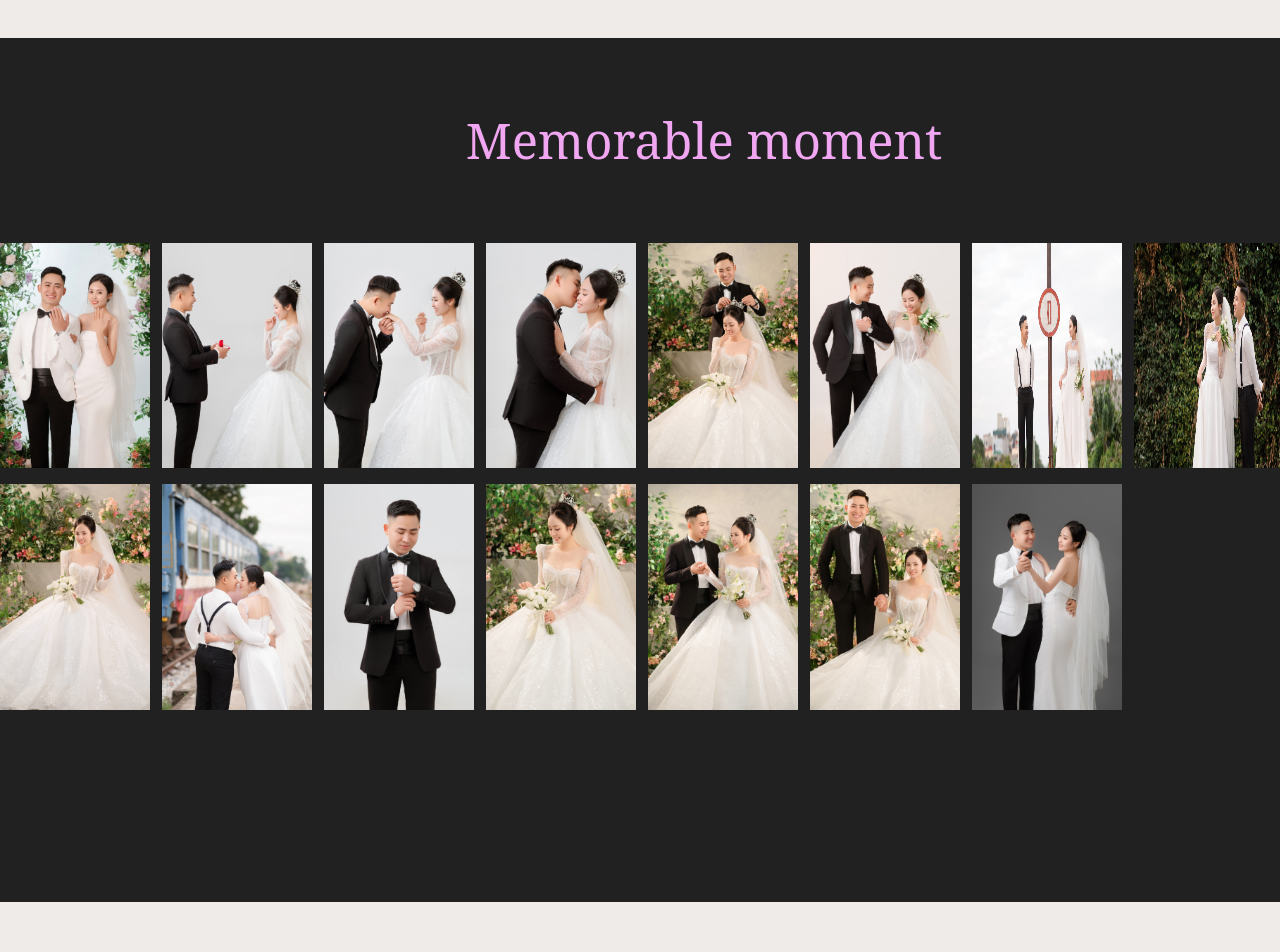
Repository: ngocnv175649/huu-tham-wedding-invitation
Page: /
The author's editor kept a copy of each file at every save. The page is drawn from the files as they stood at one save, then again after the next save.
The browser window is 1280 px wide. The pictures show the part of the page from y = 1402 to 2354 px (the page is 4660 px tall).
The project was rebuilt for these pictures with package versions that can differ from the ones it lists, and the page was loaded fresh each time.

Above is the page before, as saved 2023-11-24 23:26:42.

### public/index.html
<!DOCTYPE html>
<html lang="en">
  <head>
    <meta charset="utf-8" />
    <link rel="icon" href="%PUBLIC_URL%/favicon.ico" />
    <meta name="viewport" content="width=device-width, initial-scale=1" />
    <meta property="og:type" content="website" />
    <meta content="Hữu ❤ Thắm Wedding Invitation" name="Title" />
    <meta content="Ngày 03 tháng 12 năm 2023" name="Description" />
    <meta content="Ngày 03 tháng 12 năm 2023" name="Keyword" />
    <meta property="og:title" content="Hữu ❤ Thắm Wedding Invitation" />
    <meta property="og:description" content="Ngày 03 tháng 12 năm 2023" />

    <meta property="og:image" content="%PUBLIC_URL%/fb.jpg"/>
    <meta property="og:site_name" content="Hữu ❤️ Thắm - 03.12.2023">
    <meta property="og:title" content="Hữu ❤️ Thắm - 03.12.2023">
    <meta property="og:image:width" content="300">
    <meta property="og:image:height" content="300">
    <!-- Website to visit when clicked in fb or WhatsApp-->
    <meta property="og:url" content="https://huuthamwedding.io.vn">
    <meta property="og:type" content="website"/>
    <meta property="og:image:type" content="image/jpeg">
    <meta name="theme-color" content="#BCAAA4" />
    <link rel="preconnect" href="https://fonts.googleapis.com" />
    <link rel="preconnect" href="https://fonts.gstatic.com" crossorigin />
    <title>Hữu ❤ Thắm Wedding Invitation</title>
  </head>
  <body>
    <noscript>You need to enable JavaScript to run this app.</noscript>
    <div id="root"></div>
    <!--
      This HTML file is a template.
      If you open it directly in the browser, you will see an empty page.

      You can add webfonts, meta tags, or analytics to this file.
      The build step will place the bundled scripts into the <body> tag.

      To begin the development, run `npm start` or `yarn start`.
      To create a production bundle, use `npm run build` or `yarn build`.
    -->
  </body>
</html>

### src/index.tsx
import React from 'react';
import ReactDOM from 'react-dom/client';
import 'antd/dist/antd.min.css';
import './index.css';
import App from './App';
import reportWebVitals from './reportWebVitals';

const root = ReactDOM.createRoot(document.getElementById('root') as HTMLElement);
root.render(
  <React.StrictMode>
    <App />
  </React.StrictMode>
);

// If you want to start measuring performance in your app, pass a function
// to log results (for example: reportWebVitals(console.log))
// or send to an analytics endpoint. Learn more: https://bit.ly/CRA-vitals
reportWebVitals();

### src/index.css
@import url('https://fonts.googleapis.com/css2?family=Noto+Serif:wght@300;500;700&display=swap');

body {
  margin: 0;
  font-family: 'Noto Serif', serif, -apple-system, BlinkMacSystemFont, 'Segoe UI', 'Roboto',
    'Oxygen', 'Ubuntu', 'Cantarell', 'Fira Sans', 'Droid Sans', 'Helvetica Neue', sans-serif;
  -webkit-font-smoothing: antialiased;
  -moz-osx-font-smoothing: grayscale;
}

code {
  font-family: source-code-pro, Menlo, Monaco, Consolas, 'Courier New', monospace;
}

html,
body,
#root,
#root > div {
  height: 100%;
}

@keyframes fadein {
  0% {
    opacity: 0;
  }
  50% {
    opacity: 0.5;
  }
  100% {
    opacity: 1;
  }
}

### src/App.tsx
import Gallery from './components/Gallery';
import Greeting from './components//Greeting';
import TitleLayout from './components//Title';
import Location from './components//Location';
import CongratulatoryMoney from './components//CongratulatoryMoney';
import Configs from './configs';
import { Layout } from 'antd';

const { Footer } = Layout;

function App() {
  return (
    <main style={{ height: '100%' }}>
      <TitleLayout config={Configs} />
      <Greeting config={Configs} />
      <Gallery config={Configs} />
      <Location config={Configs} />
      <CongratulatoryMoney config={Configs} />
      <Footer
        style={{
          background: '#D7CCC8',
          opacity: 0.6,
          textAlign: 'center',
        }}
      >
        Hữu ❤️ Thắm - 03.12.2023
      </Footer>
    </main>
  );
}

export default App;

### src/components/Gallery.tsx
import { useRef } from 'react';
import { styled } from '@stitches/react';
import { Col, Image, Row } from 'antd';
import useOnScreen from '../hooks/useOnScreen';

import { useWindowSize } from 'react-use';
import { ConfigsType } from '../configs';

const isPortrait = window.matchMedia('(orientation: portrait)').matches;

const Layout = styled('div', {
  width: '100%',
  padding: isPortrait ? '20% 0% 15% 5%' : '5% 0% 5% 10%',
});

const Title = styled('p', {
  color: '#FFFFFF',
  width: '100%',
  fontSize: isPortrait ? '2.5em' : '3.5em',
  margin: 0,
  fontWeight: '500',
});

type GalleryProps = {
  config: ConfigsType;
};

const Gallery = ({ config }: GalleryProps) => {
  const { width } = useWindowSize();

  const ref = useRef<HTMLSelectElement>(null);
  const onScreen: boolean = useOnScreen<HTMLDivElement>(ref, '-125px');

  return (
    <section
      ref={ref}
      style={{
        height: '120vh',
        background: onScreen ? '#212121' : '#EFEBE9',
        overflow: 'hidden',
        position: 'relative',
        transition: 'background 1s ease-in',
      }}
    >
      <Layout>
        <Title style={{textAlign: 'center', color: '#f0a6f1'}}>Memorable moment</Title>
      </Layout>
      <Row gutter={[16, 16]}>
        {config.galleryImages.map((image, index) => (
          <Col key={index} span={isPortrait ? 6 : 3}>
            <Image width={isPortrait ? width / 4 - 10 : width / 8 - 10} height={"100%"} src={image} />
          </Col>
        ))}
      </Row>
    </section>
  );
};

export default Gallery;

### src/components/Greeting.tsx
import { useRef } from 'react';
import { styled } from '@stitches/react';
import useOnScreen from '../hooks/useOnScreen';
import { ConfigsType } from '../configs';
import { Col, Row } from 'antd';

const isPortrait = window.matchMedia('(orientation: portrait)').matches;

const Layout = styled('div', {
  width: '100%',
  padding: isPortrait ? '20% 0% 5% 5%' : '5% 5% 5% 5%',
});

const Title = styled('p', {
  color: '#795548',
  width: '100%',
  fontSize: isPortrait ? '2.5em' : '3.5em',
  margin: 0,
  fontWeight: '500',
});

const SubTitle = styled('p', {
  color: '#795548',
  width: '100%',
  fontSize: isPortrait ? '1.2em' : '2em',
  margin: '24px 0',
  fontWeight: '300',
  lineHeight: 1.8,
});

type GreetingProps = {
  config: ConfigsType;
};

const Greeting = ({ config }: GreetingProps) => {
  const ref = useRef<HTMLSelectElement>(null);
  const onScreen: boolean = useOnScreen<HTMLDivElement>(ref, '-125px');

  return (
    <section
      ref={ref}
      style={{
        height: '100vh',
        background: onScreen ? '#EFEBE9' : '#DADADA',
        overflow: 'hidden',
        position: 'relative',
        transition: 'background 1s ease-in',
      }}
    >
      <Layout>
        <Title style={{textAlign: 'center'}}>Sự kiện</Title>
        <SubTitle style={{textAlign: 'center'}}>
          <div>Trân trọng báo tin</div>
          <div><b>Lễ thành hôn</b> của chúng tôi</div>
          <br/>
          <Row gutter={[16, 16]}>
            <Col span={isPortrait ? 23: 12}>
              <div style={{ border: '1px solid black', padding: '10px', borderRadius: '10px' }}>
                <Title style={{fontSize: '1.5em' }}>Lễ thành hôn</Title>
                <div>Ngày 03 tháng 12 năm 2023</div>
                <div>Tại nhà trai lúc: 07:00 sáng</div>
                <div>Tại nhà gái lúc: 08:00 sáng</div>
              </div>
            </Col>
            <Col span={isPortrait ? 23: 12}>
              <div style={{ border: '1px solid black', padding: '10px', borderRadius: '10px' }}>
                <Title style={{fontSize: '1.5em' }}>Tiệc cưới</Title>
                <div>Ngày 03 tháng 12 năm 2023</div>
                <div>Tại nhà trai lúc: 17:00 chiều</div>
                <div>Tại nhà gái lúc: 07:00 sáng</div>
              </div>
            </Col>
          </Row>
        </SubTitle>
      </Layout>
    </section>
  );
};

export default Greeting;

### src/components/Title.tsx
import { styled } from '@stitches/react';
import Confetti from 'react-confetti';
import { useWindowSize } from 'react-use';
import { ConfigsType } from '../configs';

const isPortrait = window.matchMedia('(orientation: portrait)').matches;

const Section = styled('section', {
  height: '100%',
  background: '#DADADA',
  overflow: 'hidden',
  position: 'relative',
});

const Layout = styled('div', {
  width: '100%',
  color: '#5D4037',
  textAlign: 'center',
  marginTop: '3.5%',
  animation: 'fadein 2.5s',
  position: 'absolute',
  zIndex: 2
});

const TitleLayout = styled('div', {
  width: '100%',
  fontSize: isPortrait ? '2.5em' : '3.5em',
  margin: 0,
  fontWeight: '500',
});

const SubTitleLayout = styled('div', {
  width: '100%',
  fontSize: isPortrait ? '1.2em' : '2em',
  fontWeight: '300',
});

const ImageLayout = styled('div', {
  width: '100%',
  background: '#DADADA',
  bottom: '-5px',
  textAlign: 'center',
  position: 'absolute',
});

const Image = styled('img', {
  width: isPortrait ? '100%' : '23%',
});

type TitleProps = {
  config: ConfigsType;
};

const Title = ({ config }: TitleProps) => {
  const { width, height } = useWindowSize();

  return (
    <>
      <Confetti
        width={width}
        height={height}
        numberOfPieces={300}
        gravity={0.2}
        colors={['#FFCDD2', '#F8BBD0', '#D1C4E9']}
        recycle={false}
        style={{ position: 'fixed' }}
      />
      <Section>
        <Layout>
          <SubTitleLayout style={isPortrait ? {margin: '24px 0'}: {}}>WEDDING INVITATION</SubTitleLayout>
          <TitleLayout>
            Hữu &amp; Thắm
          </TitleLayout>
          <SubTitleLayout style={isPortrait ? {margin: '24px 0'}: {}}>
            {config.weddingDate}
          </SubTitleLayout>
        </Layout>
        <ImageLayout>
          <Image src={config.titleImage} alt="Wedding Invitation Title Picutre" />
        </ImageLayout>
      </Section>
    </>
  );
};

export default Title;

### src/components/Location.tsx
import { useRef } from 'react';
import { styled } from '@stitches/react';
import { ConfigsType } from '../configs';

const isPortrait = window.matchMedia('(orientation: portrait)').matches;

const Section = styled('section', {
  background: '#EFEBE9',
  overflow: 'hidden',
  position: 'relative',
});

const Layout = styled('div', {
  width: '100%',
  padding: isPortrait ? '20% 0% 5% 5%' : '5% 0% 5% 5%',
});

const Title = styled('p', {
  color: '#795548',
  width: '100%',
  fontSize: isPortrait ? '2.5em' : '3.5em',
  margin: 0,
  fontWeight: '500',
});

const SubTitle = styled('p', {
  color: '#795548',
  width: '100%',
  fontSize: isPortrait ? '1.2em' : '2em',
  margin: '24px 0',
  fontWeight: '300',
  lineHeight: 1.8,
});

type LocationProps = {
  config: ConfigsType;
};

const Location = ({ config }: LocationProps) => {
  const ref = useRef<HTMLSelectElement>(null);

  return (
    <Section ref={ref}>
      <Layout>
        <Title>Địa chỉ</Title>
        <SubTitle>
          <b>Nhà trai: </b> Số 5 - Ngách 58/1 đường Đình Xuyên - Huyện Gia Lâm- Thành phố Hà Nội
          <br />
          <br />
          <iframe src="https://www.google.com/maps/embed?pb=!1m13!1m8!1m3!1d3722.8977927304086!2d105.936004!3d21.076744!3m2!1i1024!2i768!4f13.1!3m2!1m1!2zMjHCsDA0JzM2LjMiTiAxMDXCsDU2JzA5LjYiRQ!5e0!3m2!1svi!2s!4v1700838676569!5m2!1svi!2s"
                  loading="lazy" width='97%' height='400'
                  referrerPolicy="no-referrer-when-downgrade"></iframe>
          <b>Nhà gái: </b> Cầu Luận Hùng An Kim Động Hưng Yên - Hùng An - Kim Động - Hưng Yên
          <br />
          <br />
          <iframe src="https://www.google.com/maps/embed?pb=!1m18!1m12!1m3!1d3731.2880458599457!2d106.0159887!3d20.739116!2m3!1f0!2f0!3f0!3m2!1i1024!2i768!4f13.1!3m3!1m2!1s0x3135b85f9a0b0403%3A0x56ca9aac9decde9!2zQ-G6p3UgTHXhuq1uIEjDuW5nIEFuIEtpbSDEkOG7mW5nIEjGsG5nIFnDqm4!5e0!3m2!1svi!2s!4v1700828227829!5m2!1svi!2s"
                  loading="lazy" width='97%' height='400'
                  referrerPolicy="no-referrer-when-downgrade"></iframe>
        </SubTitle>
      </Layout>
    </Section>
  );
};

export default Location;

### src/configs.ts
import TitleImage from './resources/Title.png';
import LocationMapImage from './resources/LocationMap.png';
import GalleryPhoto1 from './resources/Image_1.jpg';
import GalleryPhoto2 from './resources/Image_2.jpg';
import GalleryPhoto3 from './resources/Image_3.jpg';
import GalleryPhoto4 from './resources/Image_4.jpg';
import GalleryPhoto5 from './resources/Image_5.jpg';
import GalleryPhoto6 from './resources/Image_6.jpg';
import GalleryPhoto7 from './resources/Image_7.jpg';
import GalleryPhoto8 from './resources/Image_8.jpg';
import GalleryPhoto9 from './resources/Image_9.jpg';
import GalleryPhoto10 from './resources/Image_10.jpg';
import GalleryPhoto11 from './resources/Image_11.jpg';
import GalleryPhoto12 from './resources/Image_12.jpg';
import GalleryPhoto13 from './resources/Image_13.jpg';
import GalleryPhoto14 from './resources/Image_14.jpg';
import GalleryPhoto15 from './resources/Image_15.jpg';
import QRHuu from './resources/QR-Huu.png';
import QRTham from './resources/QR-Tham.png';

const Configs: ConfigsType = {
  weddingDate: 'Ngày 03 tháng 12 năm 2023',
  weddingLocation: 'Đình Xuyên - Gia Lâm - Hà Nội',
  groom: {
    fatherName: 'Hoà',
    fatherAccountNumber: '○○은행 ***-***-******',
  },
  bride: {
    fatherName: '○○○',
    fatherAccountNumber: '○○은행 ***-***-******',
  },
  titleImage: TitleImage,
  locationMapImage: LocationMapImage,
  galleryImages: [
    GalleryPhoto1,
    GalleryPhoto2,
    GalleryPhoto3,
    GalleryPhoto4,
    GalleryPhoto5,
    GalleryPhoto6,
    GalleryPhoto7,
    GalleryPhoto8,
    GalleryPhoto9,
    GalleryPhoto10,
    GalleryPhoto11,
    GalleryPhoto12,
    GalleryPhoto13,
    GalleryPhoto14,
    GalleryPhoto15
  ],
  qrHuu: QRHuu,
  qrTham: QRTham
};

export type ConfigsType = {
  weddingDate: string;
  weddingLocation: string;
  groom: Person;
  bride: Person;
  titleImage: string;
  locationMapImage: string;
  galleryImages: string[];
  qrHuu: string;
  qrTham: string;
};

type Person = {
  fatherName?: string;
  fatherAccountNumber?: string;
};

export default Configs;

### src/hooks/useOnScreen.ts
import { MutableRefObject, useEffect, useState } from 'react';

export default function useOnScreen<T extends Element>(
  ref: MutableRefObject<T | any>,
  rootMargin: string = '0px'
): boolean {
  // State and setter for storing whether element is visible
  const [isIntersecting, setIntersecting] = useState<boolean>(false);
  useEffect(() => {
    const observer = new IntersectionObserver(
      ([entry]) => {
        // Update our state when observer callback fires
        setIntersecting(entry.isIntersecting);
      },
      {
        rootMargin,
      }
    );
    const refCurrent = ref.current;
    if (refCurrent) {
      observer.observe(refCurrent);
    }
    return () => {
      observer.unobserve(refCurrent);
    };
  }, [ref, rootMargin]); // Empty array ensures that effect is only run on mount and unmount
  return isIntersecting;
}

### src/components/HongBao.tsx
import { styled } from '@stitches/react';

const isPortrait = window.matchMedia('(orientation: portrait)').matches;

const Layout = styled('div', {
  textAlign: 'center',
  width: '100%',
  padding: '15px 10%',
  display: 'inline-block',
});

const Envelope = styled('div', {
  background: '#A5423A',
  width: '100%',
  borderRadius: '10px',
  margin: '0 auto',
  padding: '0px 0px 40% 0px',
});

const Cover = styled('div', {
  padding: '20% 0',
  border: '1px solid #BD503A',
  backgroundColor: '#BD503A',
  borderRadius: '10px 10px 50% 50% / 10px 10px 15% 15%',
  boxShadow: '0px 4px 0px -1px rgba(0,0,0,0.2)',
});

const Sticker = styled('div', {
  width: isPortrait ? '2.2em' : '6em',
  height: isPortrait ? '2.2em' : '6em',
  border: '1px solid #FFA73A',
  backgroundColor: '#FFA73A',
  borderRadius: '50%',
  color: '#FFF',
  display: 'inline-block',
  boxShadow: '0px 4px 0px 0px rgba(0, 0, 0, 0.2)',
  marginTop: '-3em',
});

const Title = styled('h2', { fontSize: isPortrait ? '1.5em' : '3em', color: '#FFF' });

const SubTitle = styled('div', {
  margin: '15px 0',
  fontSize: isPortrait ? '0.8em' : '2em',
  fontWeight: 600,
  color: '#EEEEEE',
});

type HongBaoProps = {
  title: string;
  subTitle: string;
  onClick?: () => void;
};

const HongBao = ({ title, subTitle, onClick }: HongBaoProps) => {
  return (
    <Layout onClick={onClick}>
      <Envelope>
        <Cover>
          <Title>{title}</Title>
          <SubTitle>{subTitle}</SubTitle>
        </Cover>
        <Sticker />
      </Envelope>
    </Layout>
  );
};

export default HongBao;

Loaded but not shown: src/reportWebVitals.ts (common file); src/components/CongratulatoryMoney.tsx (119 lines, source omitted)

After the next save:
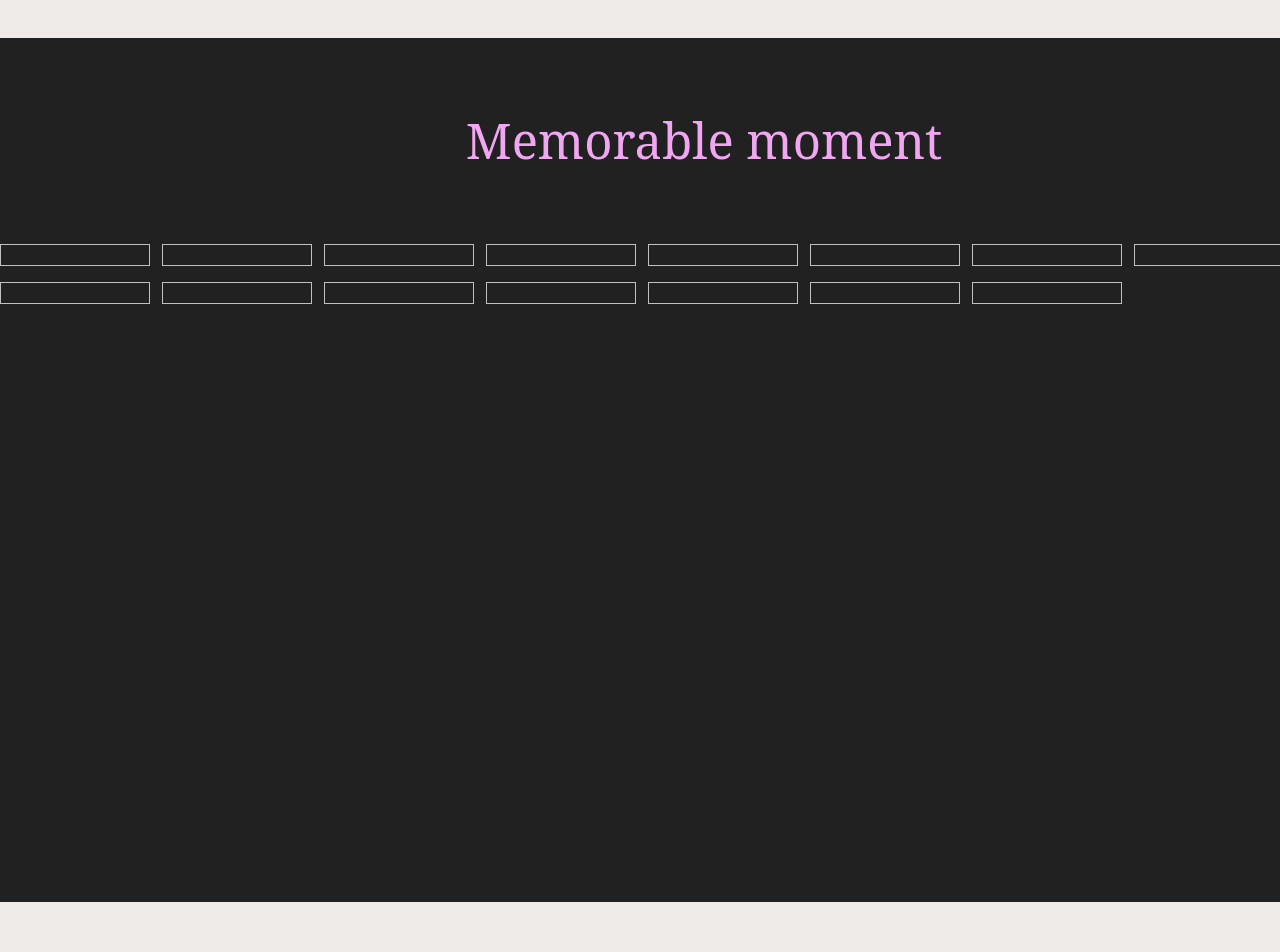
Saved 3 min 36 s later.
--- a/src/components/Gallery.tsx
+++ b/src/components/Gallery.tsx
@@ -48,7 +48,7 @@
       <Row gutter={[16, 16]}>
         {config.galleryImages.map((image, index) => (
           <Col key={index} span={isPortrait ? 6 : 3}>
-            <Image width={isPortrait ? width / 4 - 10 : width / 8 - 10} height={"100%"} src={image} />
+            <Image width={isPortrait ? width / 4 - 10 : width / 8 - 10} height={"100%"} stylesrc={image} />
           </Col>
         ))}
       </Row>

After the save that followed:
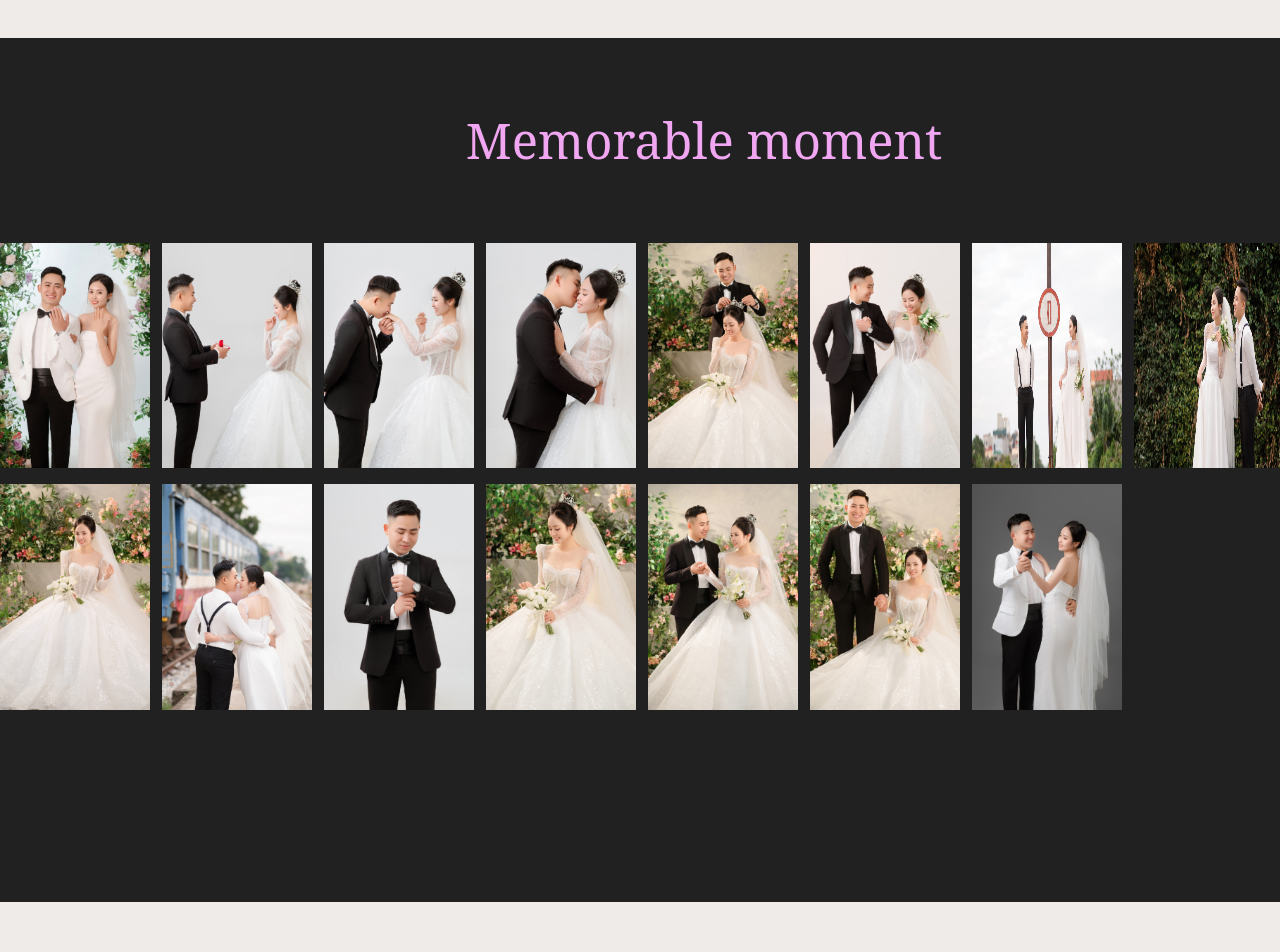
Saved 5 s later.
--- a/src/components/Gallery.tsx
+++ b/src/components/Gallery.tsx
@@ -48,7 +48,7 @@
       <Row gutter={[16, 16]}>
         {config.galleryImages.map((image, index) => (
           <Col key={index} span={isPortrait ? 6 : 3}>
-            <Image width={isPortrait ? width / 4 - 10 : width / 8 - 10} height={"100%"} stylesrc={image} />
+            <Image width={isPortrait ? width / 4 - 10 : width / 8 - 10} height={"100%"} style={{}} src={image} />
           </Col>
         ))}
       </Row>
